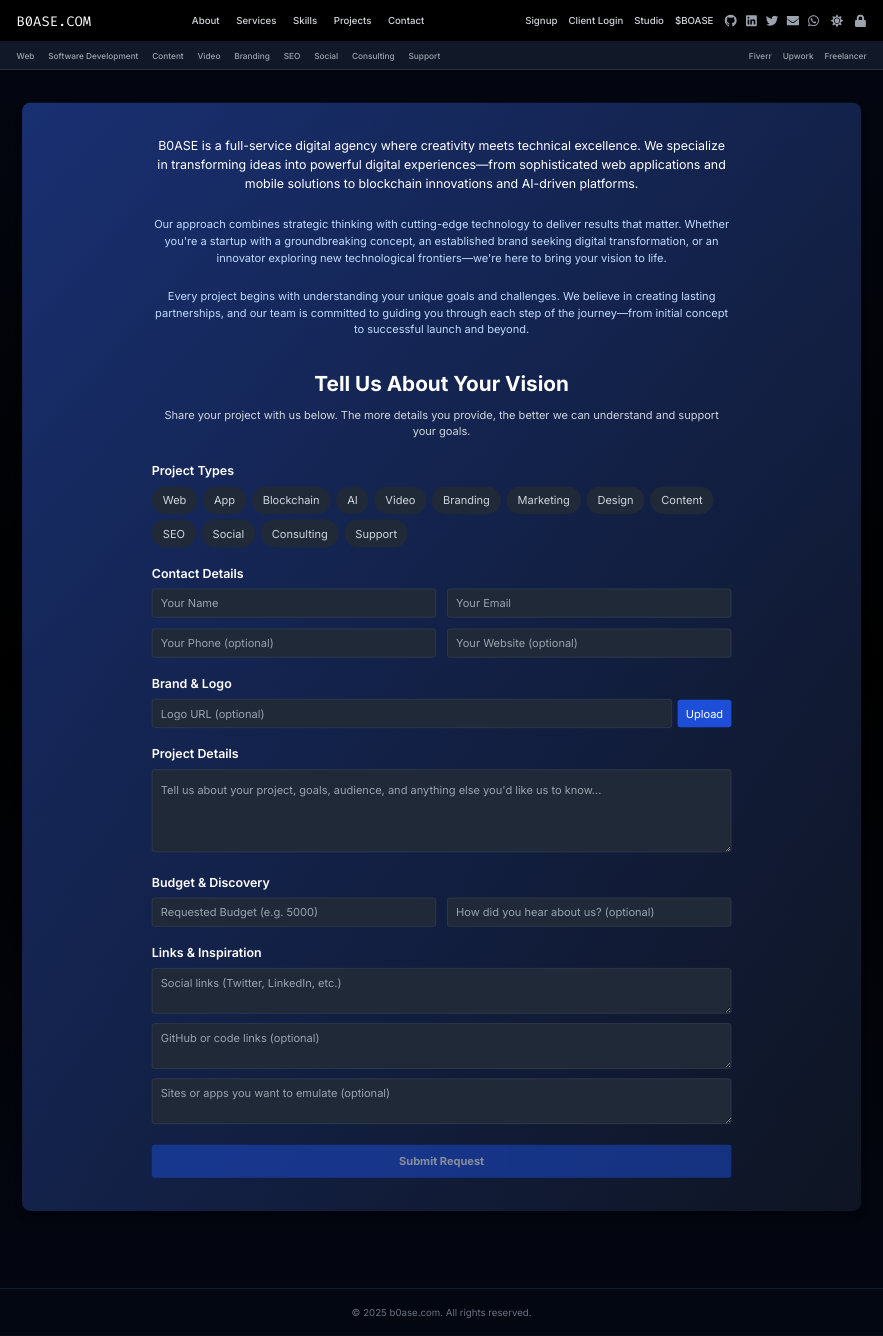
Repository: b0ase/rafskitchen
Page: /signup
An editor plug-in stored every save of this project. The page is shown before and after the next save, followed by the edit.
The browser window is 1280 px wide. The pictures show the whole page, at 69% of full size.
The page's requests for data from a server got no answer. The project was rebuilt for these pictures with package versions that can differ from the ones it lists, and the page was loaded fresh each time. The framework's server and built-in components were replaced by stand-ins that run in the browser. No one was signed in, and anything a server would have sent is missing. Also part of the build but not shown: next.config.js.

Above is the page before, as saved 2025-05-04 11:17:14.

### app/layout.tsx
import type { Metadata } from "next";
// Import both Inter and Fira_Code
import { Inter, Fira_Code } from "next/font/google";
import "./globals.css";
import Header from "./components/Header";
import Footer from "./components/Footer";
// Import new nav components
import ServicesNavigation from "./components/ServicesNavigation";
// Import ThemeProvider
import { ThemeProvider } from "./context/ThemeContext";

// Configure Inter (for default body text)
const inter = Inter({
  subsets: ["latin"],
  display: 'swap',
  variable: '--font-inter', // Variable for Inter
});

// Configure Fira_Code (for specific elements)
const fira_code = Fira_Code({
  subsets: ["latin"],
  display: 'swap',
  variable: '--font-fira-code', // Variable for Fira Code
});

export const metadata: Metadata = {
  title: "B0ASE.COM | Digital Agency",
  description: "B0ASE.COM - Digital Agency specializing in Web Development, Blockchain, Content, Video, and Social Media.",
  openGraph: {
    title: "B0ASE.COM | Digital Agency",
    description: "B0ASE.COM - Digital Agency specializing in Web Development, Blockchain, Content, Video, and Social Media.",
    images: [
      {
        url: "/BoaseLogo.jpg",
        width: 1200,
        height: 630,
        alt: "B0ASE Logo",
      },
    ],
    type: "website",
    siteName: "B0ASE.COM",
  },
  twitter: {
    card: "summary_large_image",
    title: "B0ASE.COM | Digital Agency",
    description: "B0ASE.COM - Digital Agency specializing in Web Development, Blockchain, Content, Video, and Social Media.",
    images: ["/BoaseLogo.jpg"],
  },
};

export default function RootLayout({
  children,
}: {
  children: React.ReactNode;
}) {
  return (
    <html lang="en" suppressHydrationWarning className={`${inter.variable} ${fira_code.variable}`}>
      <head>
        <script
          dangerouslySetInnerHTML={{
            __html: `
              (function() {
                function getInitialTheme() {
                  try {
                    const storedTheme = window.localStorage.getItem('theme');
                    if (storedTheme) return storedTheme;
                    return window.matchMedia('(prefers-color-scheme: dark)').matches ? 'dark' : 'light';
                  } catch (e) {
                    // If localStorage is unavailable (e.g., cookies disabled or SSR)
                    return 'light'; // Default to light theme
                  }
                }
                const theme = getInitialTheme();
                if (theme === 'dark') {
                  document.documentElement.classList.add('dark');
                }
              })();
            `,
          }}
        />
        {/* Other head elements like meta tags will be injected by Next.js here */}
      </head>
      {/* Apply default font (Inter) via font-sans class */}
      <body className={`font-sans`}>
        <ThemeProvider>
          {/* Header and Footer MUST be outside ThemeProvider or siblings to {children} to wrap content */}
          <Header />
          <ServicesNavigation />
          <div className="flex flex-col min-h-screen"> {/* Optional wrapper for main content flex */}
            <main className="flex-grow">
              {children}
            </main>
          </div>
          <Footer />
        </ThemeProvider>
      </body>
    </html>
  );
}

### app/signup/page.tsx
import ClientSignupForm from "../components/ClientSignupForm";

export default function SignupPage() {
  return (
    <div className="w-full max-w-none mx-auto my-12 px-2 md:px-8">
      <section className="w-full bg-gradient-to-br from-blue-900/80 to-gray-900/80 rounded-xl shadow-lg p-4 md:p-12 text-white">
        <div className="w-3/4 mx-auto text-center mb-12">
          <p className="text-lg mb-8">B0ASE is a full-service digital agency where creativity meets technical excellence. We specialize in transforming ideas into powerful digital experiences—from sophisticated web applications and mobile solutions to blockchain innovations and AI-driven platforms.</p>

          <p className="text-md text-blue-200 mb-8">Our approach combines strategic thinking with cutting-edge technology to deliver results that matter. Whether you're a startup with a groundbreaking concept, an established brand seeking digital transformation, or an innovator exploring new technological frontiers—we're here to bring your vision to life.</p>

          <p className="text-md text-blue-200">Every project begins with understanding your unique goals and challenges. We believe in creating lasting partnerships, and our team is committed to guiding you through each step of the journey—from initial concept to successful launch and beyond.</p>
        </div>

        <div className="w-3/4 mx-auto">
          <h2 className="text-3xl font-bold mb-4 text-center">Tell Us About Your Vision</h2>
          <p className="text-gray-300 text-center mb-8">
            Share your project with us below. The more details you provide, the better we can understand and support your goals.
          </p>
          <ClientSignupForm />
        </div>
      </section>
    </div>
  );
}

### app/globals.css
@tailwind base;
@tailwind components;
@tailwind utilities;

body {
  /* Base light theme styles */
  @apply bg-white text-gray-900;
}

/* Define dark mode styles using the 'dark' class applied by ThemeContext */
html.dark body {
   @apply bg-gradient-to-b from-gray-950 via-black to-gray-950 text-gray-300;
}

@layer utilities {
  .text-balance {
    text-wrap: balance;
  }
}

@keyframes pulse-slow {
  0%, 100% { opacity: 1; }
  50% { opacity: 0.4; }
}
.animate-pulse-slow {
  animation: pulse-slow 2.5s cubic-bezier(0.4, 0, 0.6, 1) infinite;
}

### app/components/Footer.tsx
'use client';

import React from 'react';

export default function Footer() {
  const currentYear = new Date().getFullYear();

  return (
    <footer className="bg-gray-950 border-t border-gray-800 mt-16 py-6">
      <div className="container mx-auto px-4 text-center text-gray-500 text-sm">
        <p>&copy; {currentYear} b0ase.com. All rights reserved.</p>
        {/* Optional: Add links to privacy policy, terms, etc. */}
      </div>
    </footer>
  );
}

### app/context/ThemeContext.tsx
'use client';

import React, { createContext, useState, useEffect, useContext, ReactNode, useCallback } from 'react';

type Theme = 'light' | 'dark';

interface ThemeContextProps {
  theme: Theme;
  toggleTheme: () => void;
  isMounted: boolean; // Add flag to indicate when client-side logic has run
}

const ThemeContext = createContext<ThemeContextProps | undefined>(undefined);

interface ThemeProviderProps {
  children: ReactNode;
}

export const ThemeProvider: React.FC<ThemeProviderProps> = ({ children }) => {
  const [theme, setTheme] = useState<Theme>('dark'); // Default theme
  const [isMounted, setIsMounted] = useState(false); // Track mount status

  // Function to apply theme to the document root
  const applyTheme = useCallback((selectedTheme: Theme) => {
    const root = document.documentElement;
    root.classList.remove('light', 'dark');
    root.classList.add(selectedTheme);
  }, []);

  useEffect(() => {
    setIsMounted(true); // Indicate component has mounted
    let initialTheme: Theme = 'dark'; // Default to dark

    try {
      const storedTheme = localStorage.getItem('theme') as Theme | null;
      const prefersDark = window.matchMedia && window.matchMedia('(prefers-color-scheme: dark)').matches;
      initialTheme = storedTheme || (prefersDark ? 'dark' : 'dark'); // Prefer stored, then system, then default dark
    } catch (e) {
      console.error("Could not access localStorage or window.matchMedia", e);
      // Keep default theme if localStorage/window access fails
    }

    setTheme(initialTheme);
    applyTheme(initialTheme);

  }, [applyTheme]); // Include applyTheme dependency

  const toggleTheme = () => {
    if (!isMounted) return; // Prevent toggle before mount

    setTheme(prevTheme => {
        const newTheme = prevTheme === 'light' ? 'dark' : 'light';
        try {
            localStorage.setItem('theme', newTheme);
        } catch (e) {
            console.error("Could not save theme to localStorage", e);
        }
        applyTheme(newTheme);
        return newTheme;
    });
  };

  // Return provider, pass isMounted state
  return (
    <ThemeContext.Provider value={{ theme, toggleTheme, isMounted }}>
      {children}
    </ThemeContext.Provider>
  );
};

export const useTheme = (): ThemeContextProps => {
  const context = useContext(ThemeContext);
  if (context === undefined) {
    throw new Error('useTheme must be used within a ThemeProvider');
  }
  return context;
};

### app/components/ClientSignupForm.tsx
"use client";
import { useState } from "react";
import { createClient } from "@supabase/supabase-js";

const supabaseUrl = process.env.NEXT_PUBLIC_SUPABASE_URL!;
const supabaseAnonKey = process.env.NEXT_PUBLIC_SUPABASE_ANON_KEY!;
const supabase = createClient(supabaseUrl, supabaseAnonKey);

export default function ClientSignupForm() {
  const [form, setForm] = useState({
    name: "",
    email: "",
    phone: "",
    website: "",
    logo_url: "",
    project_brief: "",
    requested_budget: "",
    how_heard: "",
    socials: "",
    github_links: "",
    inspiration_links: "",
    project_types: [] as string[],
  });
  const [uploading, setUploading] = useState(false);
  const [success, setSuccess] = useState("");
  const [error, setError] = useState("");

  const projectTypes = [
    "Web", "App", "Blockchain", "AI", "Video",
    "Branding", "Marketing", "Design", "Content",
    "SEO", "Social", "Consulting", "Support"
  ];

  const toggleProjectType = (type: string) => {
    setForm(f => ({
      ...f,
      project_types: f.project_types.includes(type)
        ? f.project_types.filter(t => t !== type)
        : [...f.project_types, type]
    }));
  };

  async function handleLogoUpload(e: React.ChangeEvent<HTMLInputElement>) {
    if (e.target.files && e.target.files[0]) {
      setUploading(true);
      const file = e.target.files[0];
      const filePath = `logos/${Date.now()}_${file.name}`;
      const { data, error } = await supabase.storage
        .from("client-logos")
        .upload(filePath, file, { upsert: true });
      if (!error && data) {
        const { data: urlData } = supabase.storage
          .from("client-logos")
          .getPublicUrl(data.path);
        setForm(f => ({ ...f, logo_url: urlData.publicUrl }));
      } else {
        setError("Logo upload failed");
      }
      setUploading(false);
    }
  }

  async function handleSubmit(e: React.FormEvent) {
    e.preventDefault();
    setError("");
    setSuccess("");
    const res = await fetch("/api/client-request", {
      method: "POST",
      headers: { "Content-Type": "application/json" },
      body: JSON.stringify(form),
    });
    if (res.ok) {
      setSuccess("Thank you! Your request has been submitted. We'll be in touch soon.");
      setForm({
        name: "",
        email: "",
        phone: "",
        website: "",
        logo_url: "",
        project_brief: "",
        requested_budget: "",
        how_heard: "",
        socials: "",
        github_links: "",
        inspiration_links: "",
        project_types: [],
      });
    } else {
      setError("Submission failed. Please try again.");
    }
  }

  return (
    <div className="space-y-8">
      <form onSubmit={handleSubmit} className="space-y-6">
        <div>
          <h3 className="text-lg font-semibold mb-2">Project Types</h3>
          <div className="flex flex-wrap gap-2">
            {projectTypes.map(type => (
              <button
                key={type}
                type="button"
                onClick={() => toggleProjectType(type)}
                className={`px-4 py-2 rounded-full transition-colors ${
                  form.project_types.includes(type)
                    ? 'bg-blue-600 text-white'
                    : 'bg-gray-800 text-gray-300 hover:bg-gray-700'
                }`}
              >
                {type}
              </button>
            ))}
          </div>
        </div>
        <div>
          <h3 className="text-lg font-semibold mb-2">Contact Details</h3>
          <div className="grid grid-cols-1 md:grid-cols-2 gap-4">
            <input className="w-full px-3 py-2 bg-gray-800 border border-gray-700 rounded" placeholder="Your Name" value={form.name} required onChange={e => setForm(f => ({ ...f, name: e.target.value }))} />
            <input className="w-full px-3 py-2 bg-gray-800 border border-gray-700 rounded" placeholder="Your Email" type="email" value={form.email} required onChange={e => setForm(f => ({ ...f, email: e.target.value }))} />
            <input className="w-full px-3 py-2 bg-gray-800 border border-gray-700 rounded" placeholder="Your Phone (optional)" value={form.phone} onChange={e => setForm(f => ({ ...f, phone: e.target.value }))} />
            <input className="w-full px-3 py-2 bg-gray-800 border border-gray-700 rounded" placeholder="Your Website (optional)" value={form.website} onChange={e => setForm(f => ({ ...f, website: e.target.value }))} />
          </div>
        </div>
        <div>
          <h3 className="text-lg font-semibold mb-2">Brand & Logo</h3>
          <div className="flex items-center gap-2">
            <input className="w-full px-3 py-2 bg-gray-800 border border-gray-700 rounded" placeholder="Logo URL (optional)" value={form.logo_url} onChange={e => setForm(f => ({ ...f, logo_url: e.target.value }))} />
            <label className="bg-blue-700 hover:bg-blue-600 text-white px-3 py-2 rounded cursor-pointer">
              Upload
              <input type="file" accept="image/*" style={{ display: "none" }} onChange={handleLogoUpload} />
            </label>
          </div>
          {form.logo_url && (
            <img src={form.logo_url} alt="Logo preview" className="mt-2 h-12 rounded bg-white object-contain" />
          )}
        </div>
        <div>
          <h3 className="text-lg font-semibold mb-2">Project Details</h3>
          <textarea className="w-full px-3 py-4 bg-gray-800 border border-gray-700 rounded min-h-[120px]" placeholder="Tell us about your project, goals, audience, and anything else you'd like us to know..." value={form.project_brief} required onChange={e => setForm(f => ({ ...f, project_brief: e.target.value }))} />
        </div>
        <div>
          <h3 className="text-lg font-semibold mb-2">Budget & Discovery</h3>
          <div className="grid grid-cols-1 md:grid-cols-2 gap-4">
            <input className="w-full px-3 py-2 bg-gray-800 border border-gray-700 rounded" placeholder="Requested Budget (e.g. 5000)" type="number" value={form.requested_budget} onChange={e => setForm(f => ({ ...f, requested_budget: e.target.value }))} />
            <input className="w-full px-3 py-2 bg-gray-800 border border-gray-700 rounded" placeholder="How did you hear about us? (optional)" value={form.how_heard} onChange={e => setForm(f => ({ ...f, how_heard: e.target.value }))} />
          </div>
        </div>
        <div>
          <h3 className="text-lg font-semibold mb-2">Links & Inspiration</h3>
          <textarea className="w-full px-3 py-2 bg-gray-800 border border-gray-700 rounded" placeholder="Social links (Twitter, LinkedIn, etc.)" value={form.socials} onChange={e => setForm(f => ({ ...f, socials: e.target.value }))} />
          <textarea className="w-full px-3 py-2 bg-gray-800 border border-gray-700 rounded mt-2" placeholder="GitHub or code links (optional)" value={form.github_links} onChange={e => setForm(f => ({ ...f, github_links: e.target.value }))} />
          <textarea className="w-full px-3 py-2 bg-gray-800 border border-gray-700 rounded mt-2" placeholder="Sites or apps you want to emulate (optional)" value={form.inspiration_links} onChange={e => setForm(f => ({ ...f, inspiration_links: e.target.value }))} />
        </div>
        <button type="submit" className="w-full bg-blue-700 hover:bg-blue-600 text-white font-bold py-3 px-4 rounded disabled:opacity-50" disabled={uploading || !form.name || !form.email || !form.project_brief}>
          {uploading ? "Uploading..." : "Submit Request"}
        </button>
        {error && <p className="text-red-400 text-sm mt-2">{error}</p>}
        {success && <p className="text-green-400 text-sm mt-2">{success}</p>}
      </form>
    </div>
  );
}

### app/components/ThemeToggle.tsx
'use client';

import React from 'react';
import { useTheme } from '../context/ThemeContext';
import { FaSun, FaMoon } from 'react-icons/fa';

export default function ThemeToggle() {
  const { theme, toggleTheme, isMounted } = useTheme();

  // Avoid rendering toggle based on initial state before mount
  if (!isMounted) {
    // Render a placeholder or null during server render/hydration
    // to avoid mismatch between server and client initial theme
    return <div className="w-6 h-6"></div>; // Placeholder with same size as button
  }

  return (
    <button
      onClick={toggleTheme}
      className="p-1 rounded-md text-gray-400 hover:text-white hover:bg-gray-700 transition-colors duration-200 focus:outline-none focus:ring-2 focus:ring-offset-2 focus:ring-offset-gray-900 focus:ring-white"
      aria-label={theme === 'light' ? 'Switch to dark mode' : 'Switch to light mode'}
    >
      {theme === 'light' ? <FaMoon size={18} /> : <FaSun size={18} />}
    </button>
  );
}

Loaded but not shown: tailwind.config.js (25 lines, source omitted); lib/data.ts (350 lines, source omitted); app/components/Header.tsx (160 lines, source omitted); app/components/ServicesNavigation.tsx (71 lines, source omitted)

After the next save:
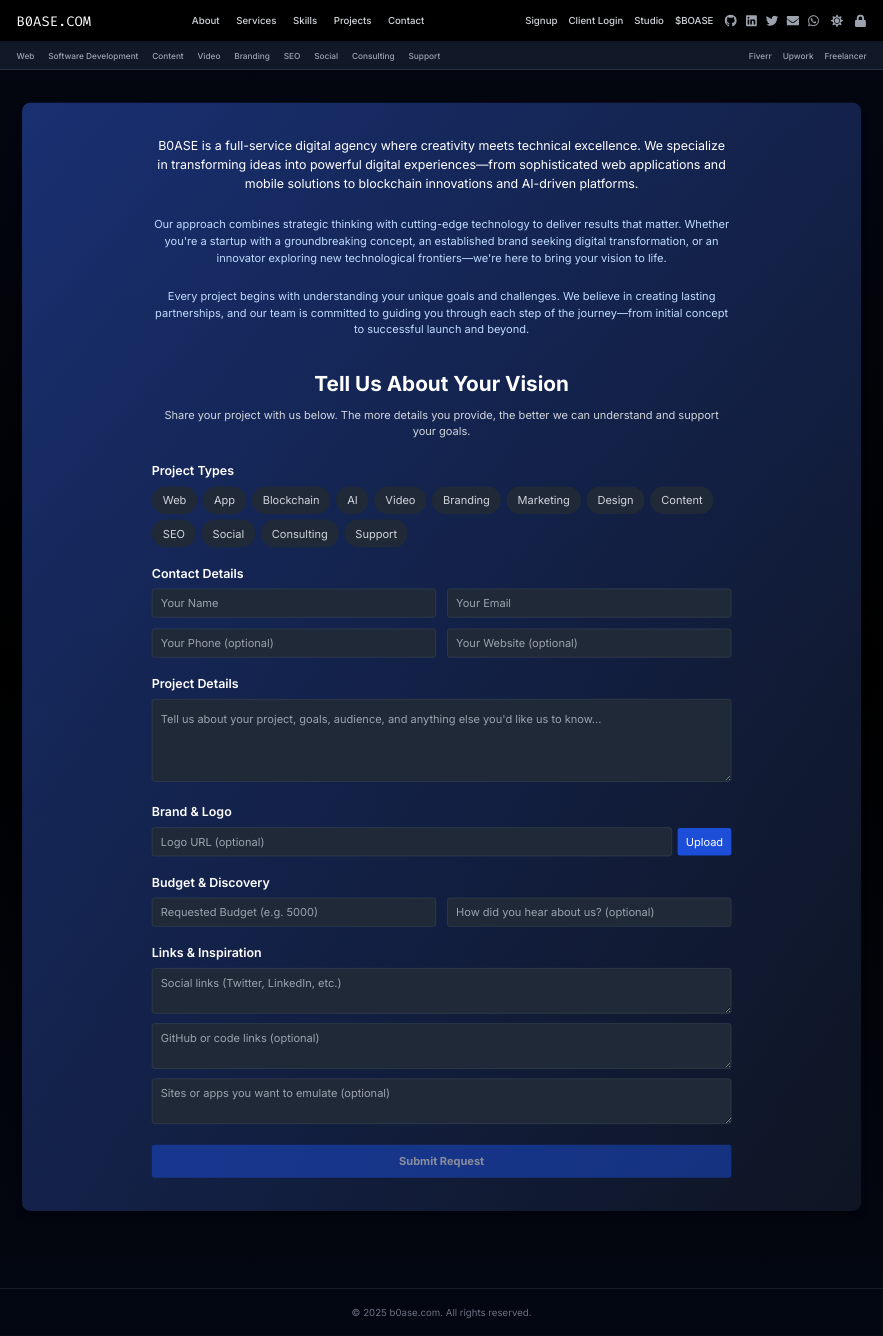
Saved 60 s later.
--- a/app/components/ClientSignupForm.tsx
+++ b/app/components/ClientSignupForm.tsx
@@ -112,6 +112,7 @@
             ))}
           </div>
         </div>
+
         <div>
           <h3 className="text-lg font-semibold mb-2">Contact Details</h3>
           <div className="grid grid-cols-1 md:grid-cols-2 gap-4">
@@ -121,6 +122,12 @@
             <input className="w-full px-3 py-2 bg-gray-800 border border-gray-700 rounded" placeholder="Your Website (optional)" value={form.website} onChange={e => setForm(f => ({ ...f, website: e.target.value }))} />
           </div>
         </div>
+
+        <div>
+          <h3 className="text-lg font-semibold mb-2">Project Details</h3>
+          <textarea className="w-full px-3 py-4 bg-gray-800 border border-gray-700 rounded min-h-[120px]" placeholder="Tell us about your project, goals, audience, and anything else you'd like us to know..." value={form.project_brief} required onChange={e => setForm(f => ({ ...f, project_brief: e.target.value }))} />
+        </div>
+
         <div>
           <h3 className="text-lg font-semibold mb-2">Brand & Logo</h3>
           <div className="flex items-center gap-2">
@@ -134,10 +141,7 @@
             <img src={form.logo_url} alt="Logo preview" className="mt-2 h-12 rounded bg-white object-contain" />
           )}
         </div>
-        <div>
-          <h3 className="text-lg font-semibold mb-2">Project Details</h3>
-          <textarea className="w-full px-3 py-4 bg-gray-800 border border-gray-700 rounded min-h-[120px]" placeholder="Tell us about your project, goals, audience, and anything else you'd like us to know..." value={form.project_brief} required onChange={e => setForm(f => ({ ...f, project_brief: e.target.value }))} />
-        </div>
+
         <div>
           <h3 className="text-lg font-semibold mb-2">Budget & Discovery</h3>
           <div className="grid grid-cols-1 md:grid-cols-2 gap-4">
@@ -145,12 +149,14 @@
             <input className="w-full px-3 py-2 bg-gray-800 border border-gray-700 rounded" placeholder="How did you hear about us? (optional)" value={form.how_heard} onChange={e => setForm(f => ({ ...f, how_heard: e.target.value }))} />
           </div>
         </div>
+
         <div>
           <h3 className="text-lg font-semibold mb-2">Links & Inspiration</h3>
           <textarea className="w-full px-3 py-2 bg-gray-800 border border-gray-700 rounded" placeholder="Social links (Twitter, LinkedIn, etc.)" value={form.socials} onChange={e => setForm(f => ({ ...f, socials: e.target.value }))} />
           <textarea className="w-full px-3 py-2 bg-gray-800 border border-gray-700 rounded mt-2" placeholder="GitHub or code links (optional)" value={form.github_links} onChange={e => setForm(f => ({ ...f, github_links: e.target.value }))} />
           <textarea className="w-full px-3 py-2 bg-gray-800 border border-gray-700 rounded mt-2" placeholder="Sites or apps you want to emulate (optional)" value={form.inspiration_links} onChange={e => setForm(f => ({ ...f, inspiration_links: e.target.value }))} />
         </div>
+
         <button type="submit" className="w-full bg-blue-700 hover:bg-blue-600 text-white font-bold py-3 px-4 rounded disabled:opacity-50" disabled={uploading || !form.name || !form.email || !form.project_brief}>
           {uploading ? "Uploading..." : "Submit Request"}
         </button>
